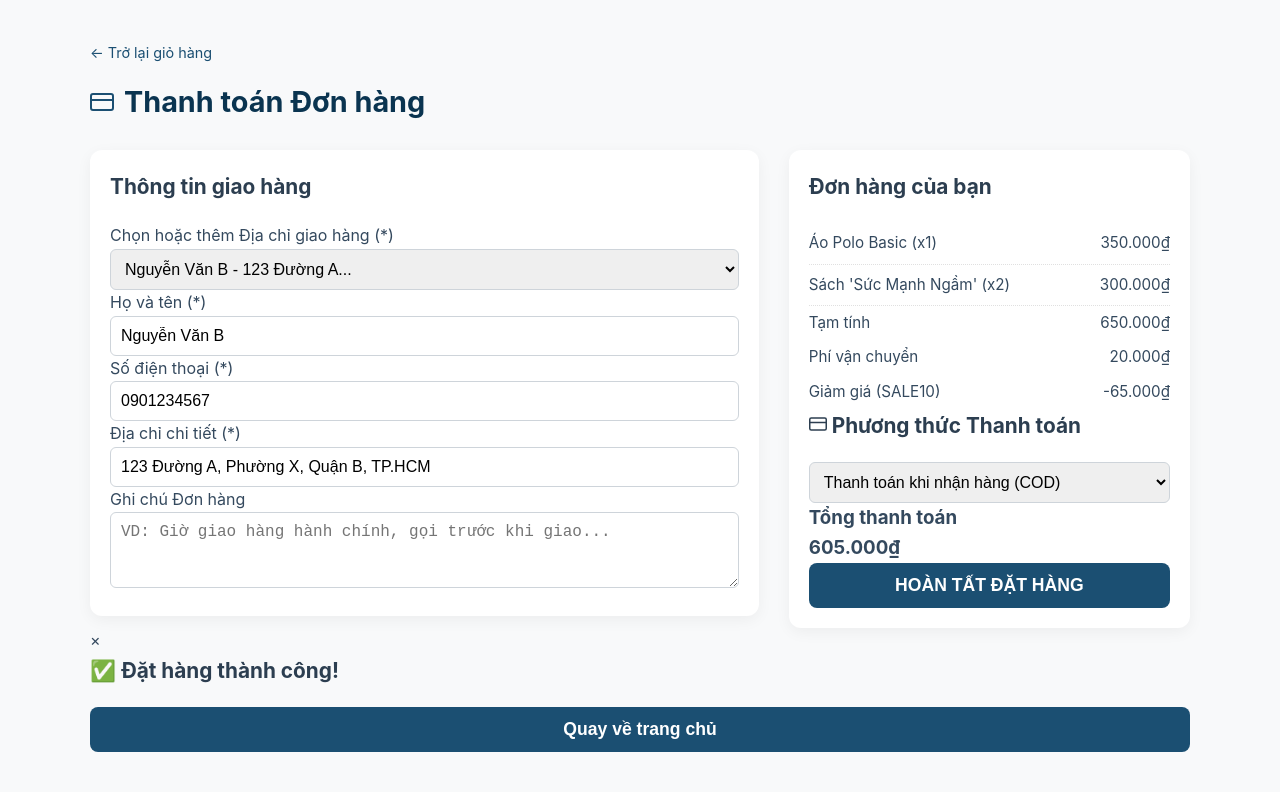
Repository: binhphanbp/ECMAScript_WEB501_WD20301
Page: Lab/Lab4/Lab444/checkout.html
These files come from the project's save history. The page is drawn as it stood at one moment and after the next save; the edit follows.
The browser window is 1280 px wide. The pictures show the whole page.

Above is the page before, as saved 2025-09-30 10:06:38.

After the next save:
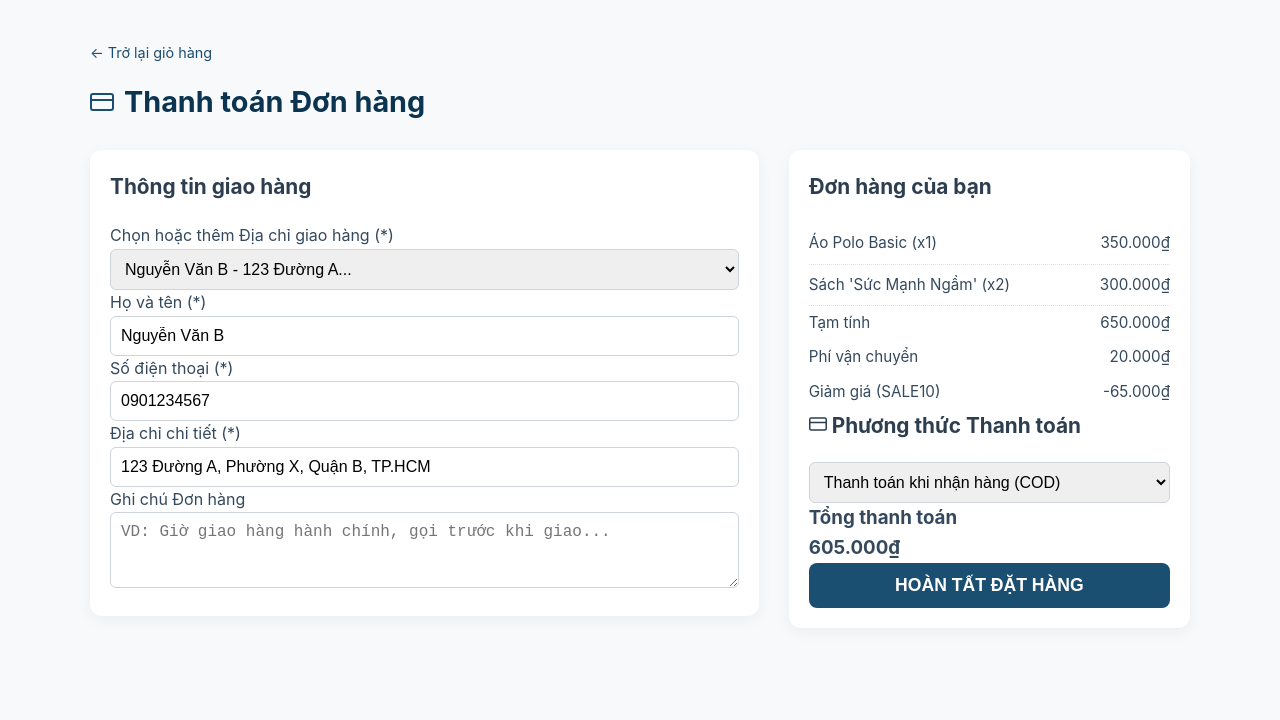
Saved 6 s later.
--- a/Lab/Lab4/Lab444/checkout.html
+++ b/Lab/Lab4/Lab444/checkout.html
@@ -134,21 +134,6 @@
           </button>
         </section>
       </div>
-
-      <div id="order-success-modal" class="modal">
-        <div class="modal-content">
-          <span class="close-btn" onclick="closeModal()">&times;</span>
-          <h2>✅ Đặt hàng thành công!</h2>
-          <div id="order-details-display"></div>
-          <button
-            class="btn btn-primary"
-            onclick="window.location.href='products.html'"
-            style="margin-top: 20px"
-          >
-            Quay về trang chủ
-          </button>
-        </div>
-      </div>
     </main>
 
     <script src="main.js"></script>
